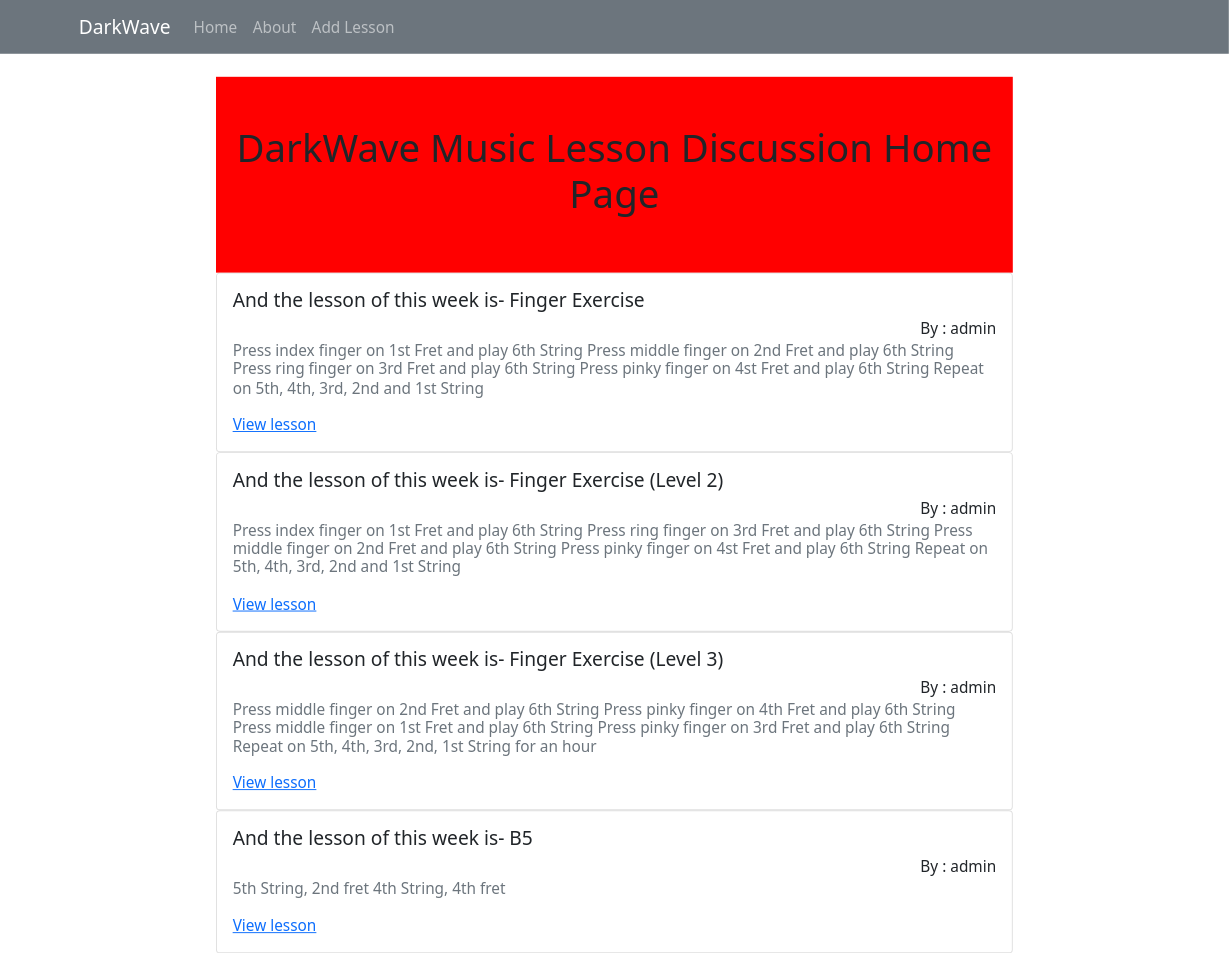
Repository: lordjdsama/NewDevopps
Page: http://localhost/
The author's editor kept a record of every edit. The page is drawn from the files as they stood at one moment, then again after the next edit.
The browser window is 1280 px wide. The pictures show the whole page, at 96% of full size.
The page is served by the project's application, run on Django 2.2 (manage.py). The page reads the database file committed with the project.

Above is the page before.

After the next edit:
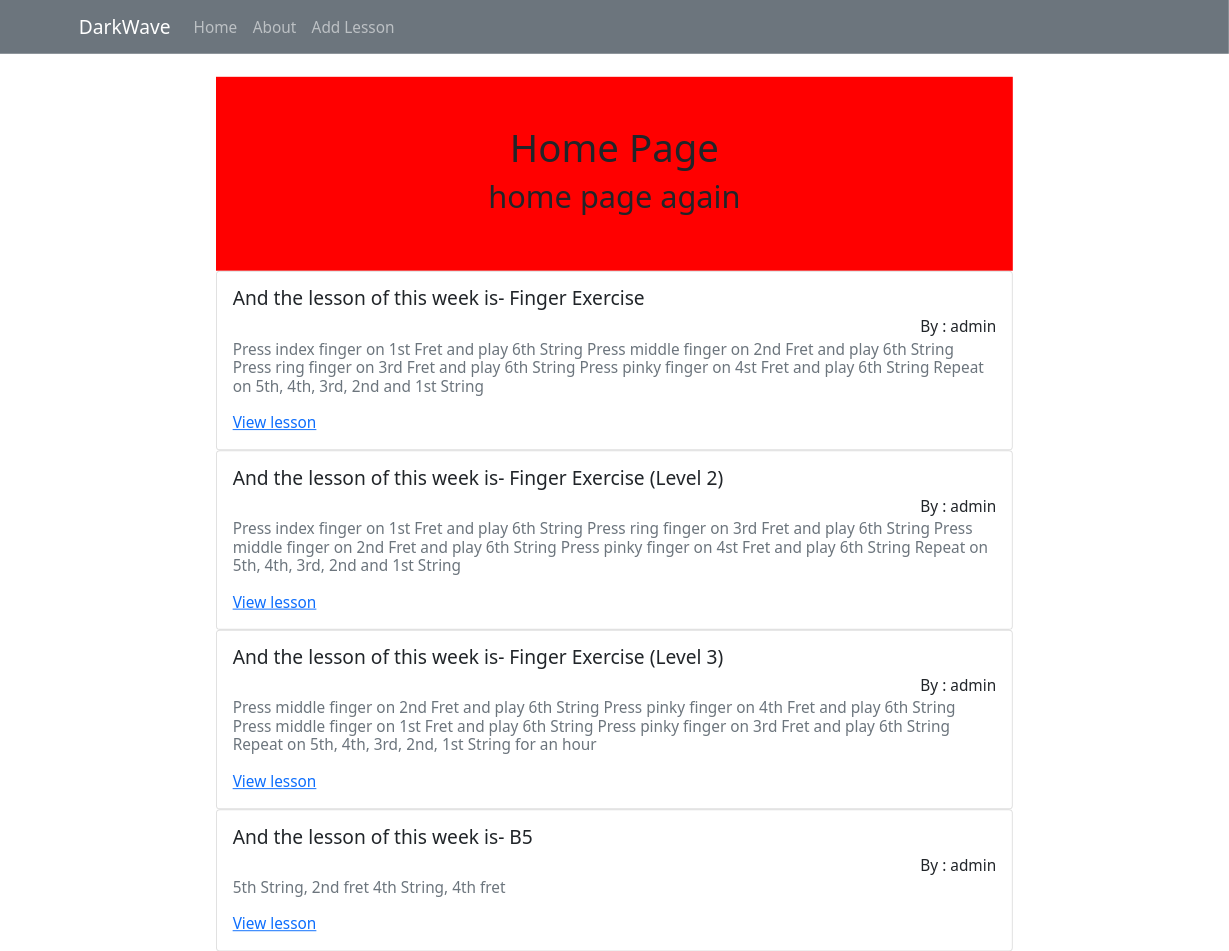
The edit:
--- a/lessons/templates/lessons/home.html
+++ b/lessons/templates/lessons/home.html
@@ -2,7 +2,8 @@
 
 {% block content %}
 <div class="home">
-<h1>DarkWave Music Lesson Discussion Home Page</h1>
+<h1>Home Page</h1>
+<h2>home page again</h2>
 </div>
 
 {% for lesson in lessons %}
